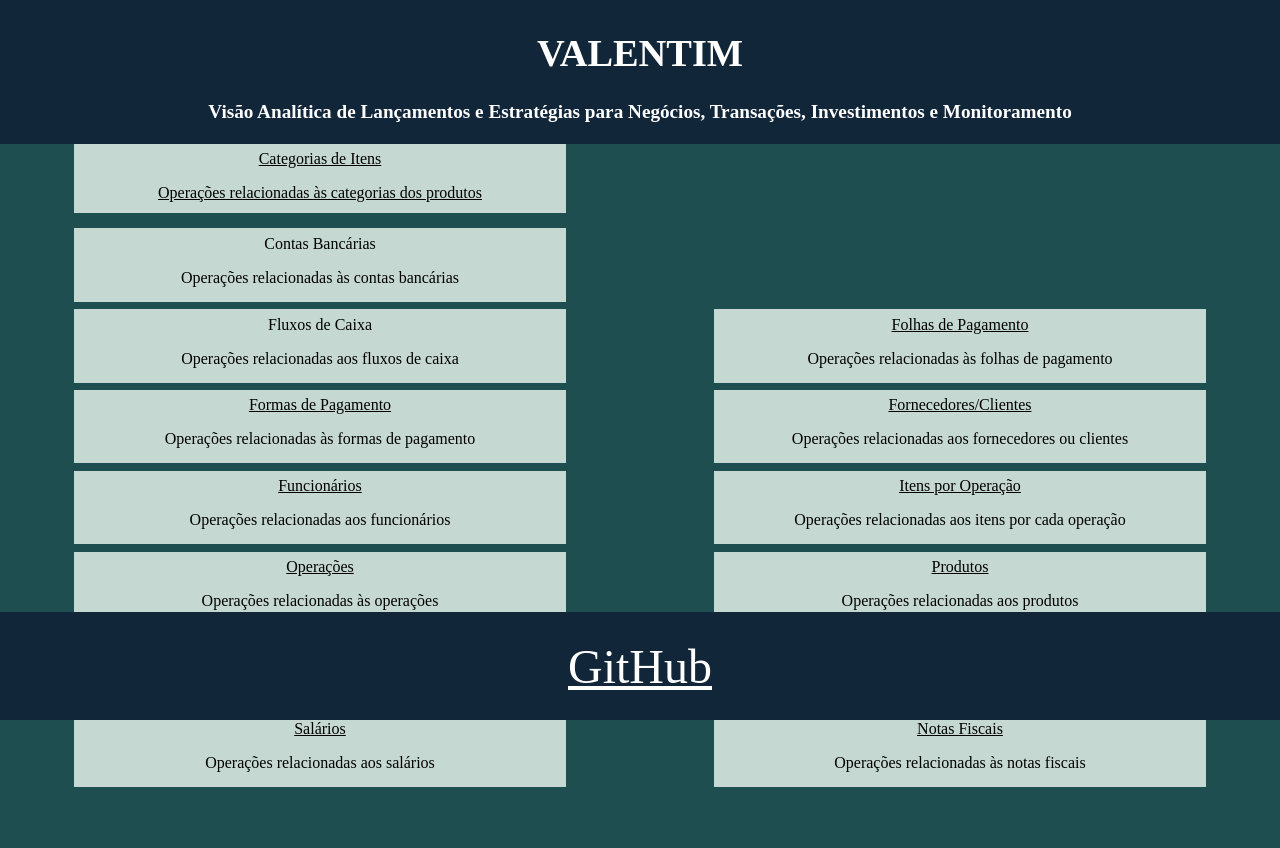
Repository: Matheus-Lacerda009/ERP-Financeiro
Page: Front/menu/menu.html
The author's editor kept a copy of each file at every save. The page is drawn from the files as they stood at one save, then again after a run of saves.
The browser window is 1280 px wide. The pictures show the whole page.

Above is the page before, as saved 2026-07-13 19:11:51.

After the next 2 saves:
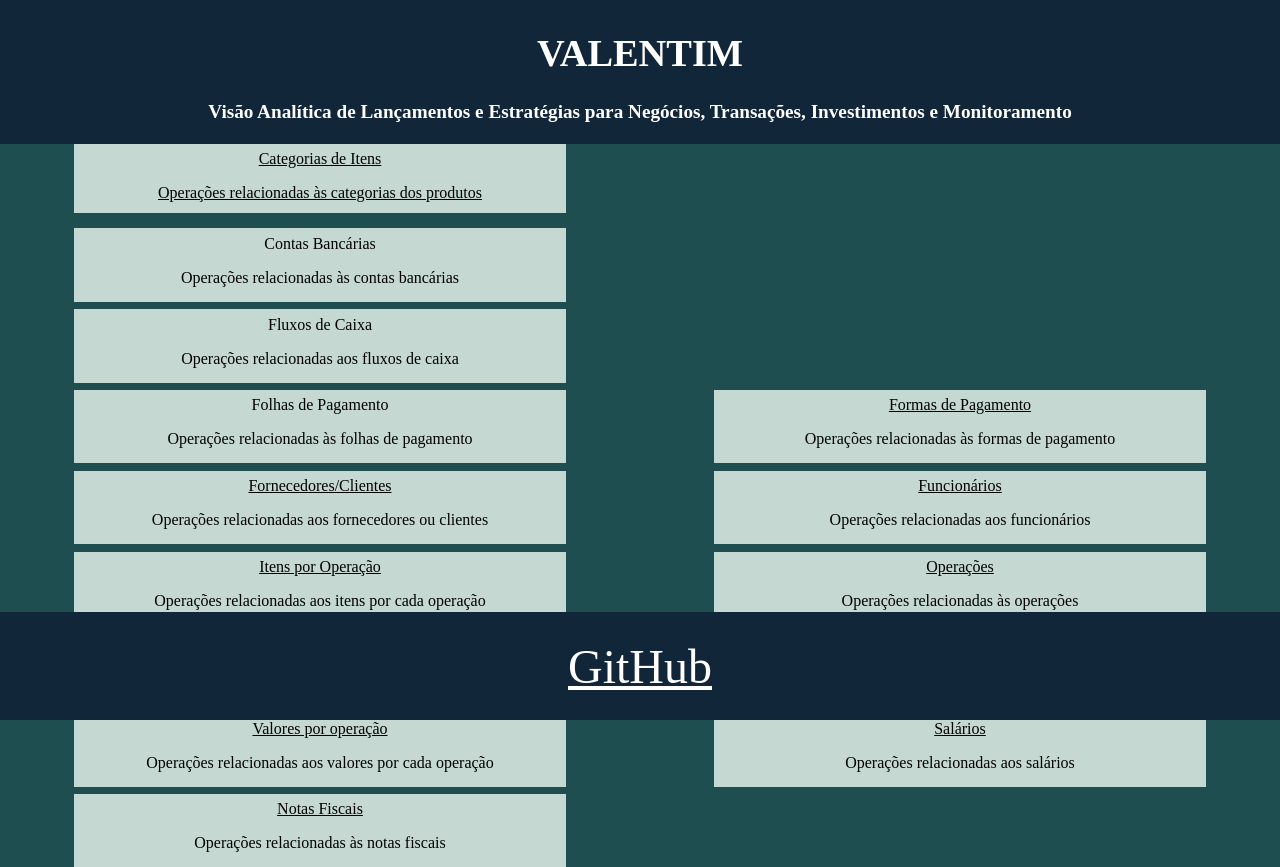
The 2 saves are shown as one change because they came seconds apart.
The last was saved 7 s later.
--- a/Front/menu/menu.html
+++ b/Front/menu/menu.html
@@ -30,8 +30,9 @@
                 Fluxos de Caixa</a>
                 <p>Operações relacionadas aos fluxos de caixa</p>
             </div>
+            <a href="../folha_pagamento/folha_pagamento.html" class="links"></a>
             <div class="divEntidades">
-                <a href="../folha_pagamento/folha_pagamento.html" class="links">Folhas de Pagamento</a>
+                Folhas de Pagamento</a>
                 <p>Operações relacionadas às folhas de pagamento</p>
             </div>
             <div class="divEntidades">
